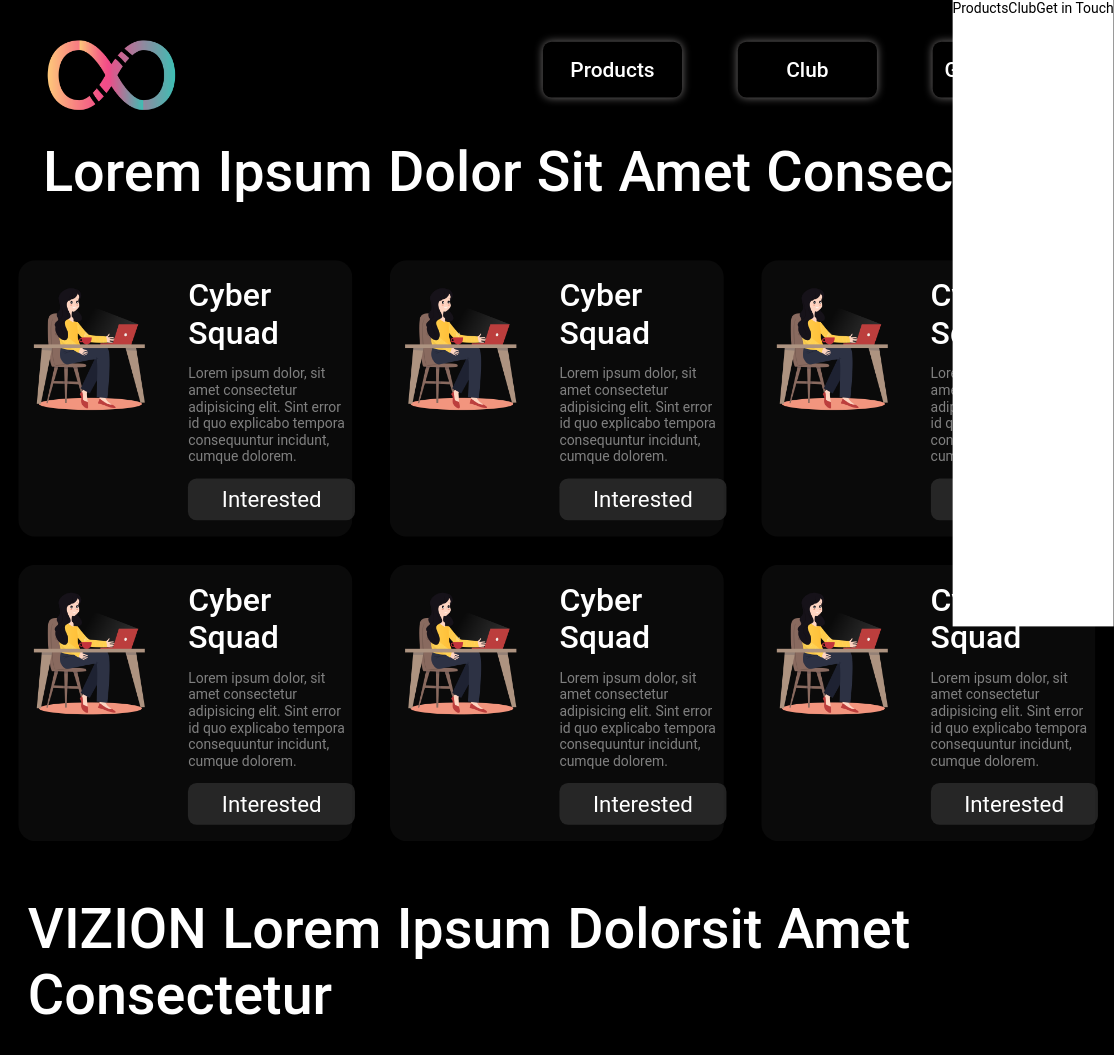
Repository: kapil4457/vizion-internship-project
Page: /
The author's editor kept a copy of each file at every save. The page is drawn from the files as they stood at one save, then again after the next save.
The browser window is 1280 px wide. The pictures show the whole page, at 87% of full size.
The project was rebuilt for these pictures with package versions that can differ from the ones it lists, and the page was loaded fresh each time. Also part of the build but not shown: src/index.css.

Above is the page before, as saved 2022-10-29 10:45:14.

### public/index.html
<!DOCTYPE html>
<html lang="en">
  <head>
    <meta charset="utf-8" />
    <link rel="icon" href="%PUBLIC_URL%/favicon.ico" />
    <meta name="viewport" content="width=device-width, initial-scale=1" />
    <meta name="theme-color" content="#000000" />
    <meta
      name="description"
      content="Web site created using create-react-app"
    />
    <link rel="preconnect" href="https://fonts.googleapis.com">
    <link rel="apple-touch-icon" href="%PUBLIC_URL%/logo192.png" />
    <!--
      manifest.json provides metadata used when your web app is installed on a
      user's mobile device or desktop. See https://developers.google.com/web/fundamentals/web-app-manifest/
    -->
    <link rel="manifest" href="%PUBLIC_URL%/manifest.json" />
    <!--
      Notice the use of %PUBLIC_URL% in the tags above.
      It will be replaced with the URL of the `public` folder during the build.
      Only files inside the `public` folder can be referenced from the HTML.

      Unlike "/favicon.ico" or "favicon.ico", "%PUBLIC_URL%/favicon.ico" will
      work correctly both with client-side routing and a non-root public URL.
      Learn how to configure a non-root public URL by running `npm run build`.
    -->
    <title>React App</title>
  </head>
  <body>
    <noscript>You need to enable JavaScript to run this app.</noscript>
    <div id="root"></div>
    <!--
      This HTML file is a template.
      If you open it directly in the browser, you will see an empty page.

      You can add webfonts, meta tags, or analytics to this file.
      The build step will place the bundled scripts into the <body> tag.

      To begin the development, run `npm start` or `yarn start`.
      To create a production bundle, use `npm run build` or `yarn build`.
    -->
  </body>
</html>

### src/index.js
import React from 'react';
import ReactDOM from 'react-dom/client';
import './index.css';
import App from './App';
import reportWebVitals from './reportWebVitals';
import { BrowserRouter } from 'react-router-dom';
const root = ReactDOM.createRoot(document.getElementById('root'));
root.render(
  <BrowserRouter >
  <React.StrictMode>
    <App />
  </React.StrictMode>
  </BrowserRouter>
);

// If you want to start measuring performance in your app, pass a function
// to log results (for example: reportWebVitals(console.log))
// or send to an analytics endpoint. Learn more: https://bit.ly/CRA-vitals
reportWebVitals();

### src/App.js
import { Route, Routes } from 'react-router-dom';
import './App.css';
import Header from './components/Header/Header';
import Home from './components/Home/Home';

function App() {
  return (
   <>
<Header />
   <Routes>
<Route exact path='/' element={<Home />} />


   </Routes>



   </>
  );
}

export default App;

### src/App.css
*{
margin:0;
padding:0;
box-sizing: border-box;
font-family: 'Roboto', sans-serif;}

body{
  background-color: black;
  color : white;

}
a{
  text-decoration: none;;
  color:white;
}

.active{
  color:red;
}

body::-webkit-scrollbar {
  display: none;
}

### src/components/Header/Header.jsx
import React from "react";
import { NavLink } from "react-router-dom";
import Logo from "./logo.png";
import MenuIcon from "@mui/icons-material/Menu";
import "./Header.css";
const Header = () => {
  return (
    <div className="main-header">
      <div className="side-header">
        <NavLink to="/products">Products</NavLink>
        <NavLink to="/club">Club</NavLink>
        <NavLink to="/contact">Get in Touch</NavLink>
      </div>

      <NavLink to="/" className="left-header">
        <img src={Logo} alt="" />
      </NavLink>
      <div className="right-header">
        <NavLink to="/products">Products</NavLink>
        <NavLink to="/club">Club</NavLink>
        <NavLink to="/contact">Get in Touch</NavLink>
      </div>
      <div className="right-ham">
        <MenuIcon />
      </div>
    </div>
  );
};

export default Header;

### src/components/Home/Home.jsx
import React from "react";
import { data } from "../../item";
import "./Home.css";
import HomeCard from "./HomeCard";
const Home = () => {
  return (
    <div className="main-home">
      <h2 className="heading">Lorem ipsum dolor sit amet consectetur</h2>

      <div className="home-card-container">
        {data.map((item, key) => (
          <HomeCard item={item} key={key} />
        ))}
      </div>
      <h2 className="heading">VIZION Lorem Ipsum Dolorsit Amet Consectetur</h2>
    </div>
  );
};

export default Home;

### src/components/Header/Header.css
.main-header{
    height:10rem;
    width:100%;
    display:flex;
    justify-content: space-between;
    align-items: center;
    padding:0rem 3rem
}

.main-header > .left-header >img{
    height:10rem;

}

.main-header > .right-header
{
    display:flex;
    gap:4rem;
    font-size:1.5rem;
    font-weight:550;
}

.main-header > .right-header>a{
    height:4rem;
    width:10rem;
    display:flex;
    justify-content: center;
   align-items: center;
   border-radius:10px;
   box-shadow: 0px 0px 10px rgba(243, 238, 238,0.5);
   transition: all 0.2s;
}
.main-header > .right-header>a:hover{

    box-shadow: 0px 0px 20px rgba(243, 238, 238,0.5);
    transform: scale(1.01);
   }

   .right-ham{
    display: none;
   }
   .right-ham>svg{

    font-size:3rem;

   }


   .side-header{
    position:absolute;
    right:0;
    top:0;
    bottom:0;
    background-color: white;
    z-index: 999;
}

.side-header>a{
    color:black
}

   @media (max-width:768px ){
.main-header{
    padding:0 1rem;
}
   .main-header > .right-header{
        display:none;
    }
    .right-ham{
        display:flex;
    }
   }

### src/item.js
export const data = [
    {
        title : "Cyber Squad",
        description : "Lorem ipsum dolor, sit amet consectetur adipisicing elit. Sint error id quo explicabo tempora consequuntur incidunt, cumque dolorem.        "
    },
    {
        title : "Cyber Squad",
        description : "Lorem ipsum dolor, sit amet consectetur adipisicing elit. Sint error id quo explicabo tempora consequuntur incidunt, cumque dolorem.        "
    },
    {
        title : "Cyber Squad",
        description : "Lorem ipsum dolor, sit amet consectetur adipisicing elit. Sint error id quo explicabo tempora consequuntur incidunt, cumque dolorem.        "
    },
    {
        title : "Cyber Squad",
        description : "Lorem ipsum dolor, sit amet consectetur adipisicing elit. Sint error id quo explicabo tempora consequuntur incidunt, cumque dolorem.        "
    },
    {
        title : "Cyber Squad",
        description : "Lorem ipsum dolor, sit amet consectetur adipisicing elit. Sint error id quo explicabo tempora consequuntur incidunt, cumque dolorem.        "
    },
    {
        title : "Cyber Squad",
        description : "Lorem ipsum dolor, sit amet consectetur adipisicing elit. Sint error id quo explicabo tempora consequuntur incidunt, cumque dolorem.        "
    }
]

### src/components/Home/Home.css
.main-home{
    color:white;
    width:100%;
    display: flex;
    flex-direction: column;
    gap:4rem;
    margin-bottom: 2rem;
}

.main-home > h2{
    width:100%;
    display: flex;
    justify-content: center;
    align-items:center;
    font-size:4rem;
    word-spacing: 0.1rem;
    font-weight:450;
    text-transform: capitalize;
    padding:0 2rem;

}


.main-home > .home-card-container{
    display:grid;
    grid-template-columns: 1fr 1fr 1fr;
    row-gap: 2rem;
    place-items: center;
}


@media (max-width: 768px){

    .main-home > .home-card-container{
    grid-template-columns: 1fr;

}

.main-home > h2{
font-size:3rem;

}
}

### src/components/Home/HomeCard.jsx
import React from "react";
import "./HomeCard.css";
import Image from "./cardImage.png";
const HomeCard = ({ item }) => {
  return (
    <div className="home-card">
      <img src={Image} alt="" />
      <div className="card-info">
        <h2>{item.title}</h2>
        <p>{item.description}</p>
        <button>Interested</button>
      </div>
    </div>
  );
};

export default HomeCard;

### src/components/Home/HomeCard.css
.home-card{
    width:90%;
    display:flex;
    padding:1rem 0;
    gap:1rem;
    padding-top:1rem;
    background-color: rgba(51, 50, 50, 0.2);
    border-radius: 20px;
    border:3px solid rgba(51, 50, 50, 0.0);
    transition: all 0.4s;

}
.home-card:hover{
    border:3px solid blue;
}
.home-card>img{
    height:10rem;

}
.home-card > .card-info{
    display:flex;
    flex-direction: column;
    gap:1rem;
    padding:0 1rem;
    align-items: center;

}
.home-card > .card-info > h2{
    font-size: 2.3rem;
    font-weight: 450;
}
.home-card > .card-info > p{
    color:gray
}
.home-card > .card-info > button{
    background-color: rgba(51, 50, 50, 0.7);
    border:none;
    outline:none;
    width:12rem;
    border-radius: 10px;
    font-size:1.6rem;
    color:white;
    height:3rem;
    transition: all 0.4s;
    cursor:pointer;
}
.home-card > .card-info > button:hover{

    background-color: rgba(51, 50, 50, 0.9);
}


@media(max-width:768px){
    .home-card{
        flex-direction: column;
    }
.home-card>img{
    height:15rem;
    width:auto;
}
}

Loaded but not shown: src/reportWebVitals.js (common file)

After the next save:
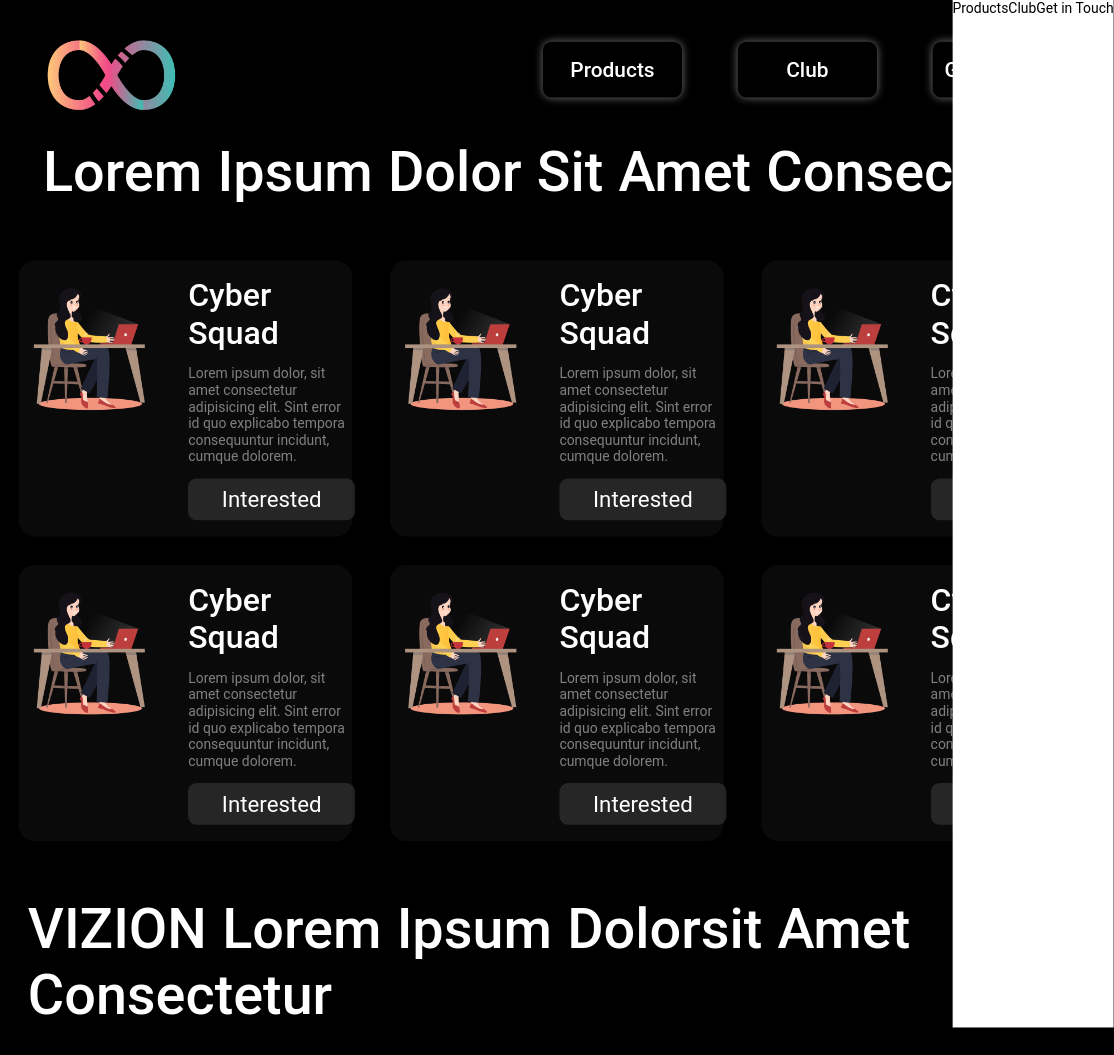
Saved 24 s later.
--- a/src/components/Header/Header.css
+++ b/src/components/Header/Header.css
@@ -1,3 +1,6 @@
+body{
+    position:relative
+}
 .main-header{
     height:10rem;
     width:100%;
